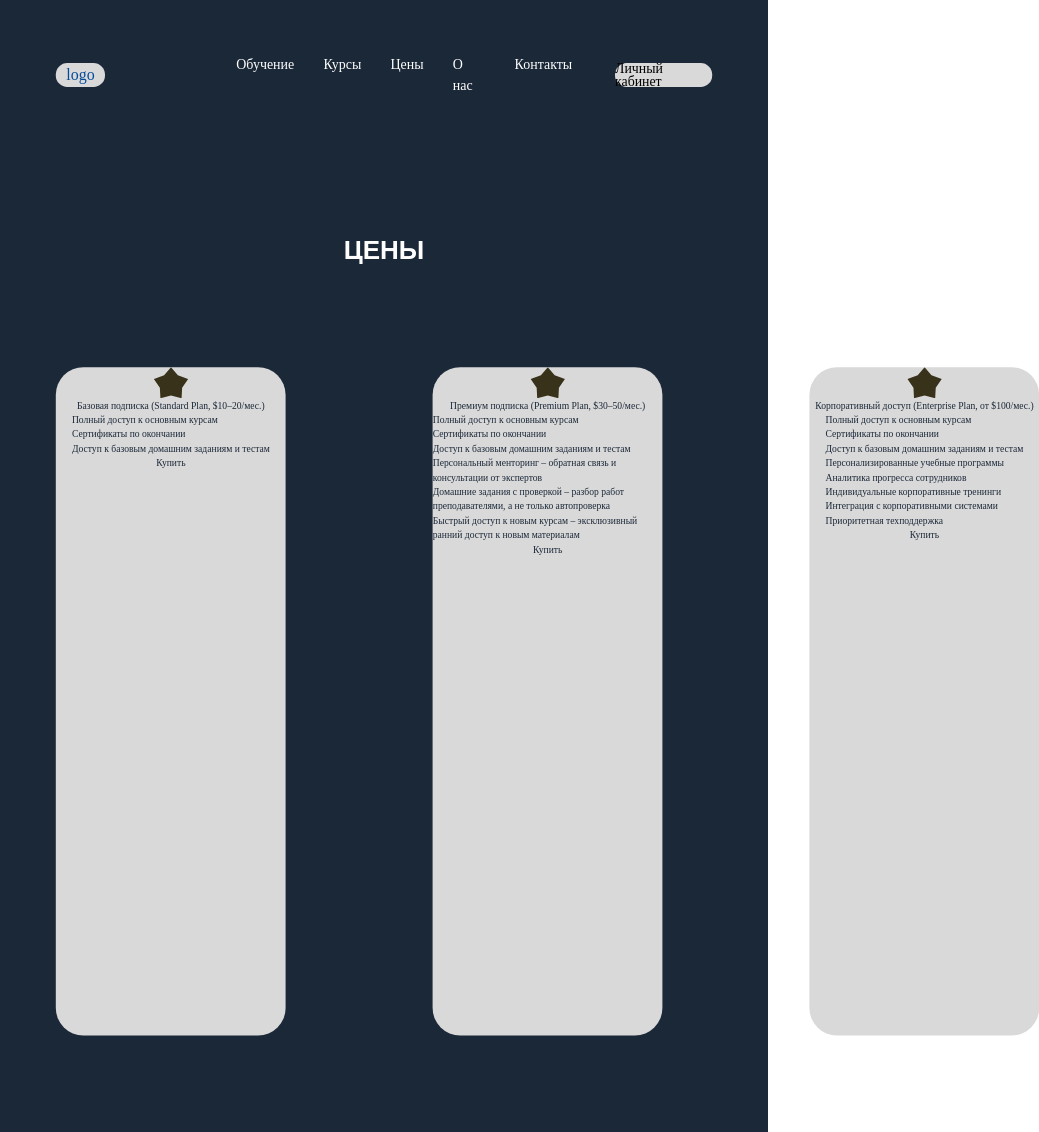
Repository: marjango/course
Page: /pricepage
An editor plug-in stored every save of this project. The page is shown before and after the next save, followed by the edit.
The browser window is 1280 px wide. The page is 1732 px wide, so the pictures cover 1732 px, including what lies to the right of the window. The pictures show the whole page, at 60% of full size.
The project was rebuilt for these pictures with package versions that can differ from the ones it lists, and the page was loaded fresh each time. The framework's server and built-in components were replaced by stand-ins that run in the browser. Also part of the build but not shown: next.config.ts.

Above is the page before, as saved 2025-03-26 20:59:46.

### app/layout.tsx
import type { Metadata } from "next";
import "./globals.css";
import './fonts.css';


export const metadata: Metadata = {
  title: "сourse",
  description: "it course",
};

export default function RootLayout({
  children,
}: Readonly<{
  children: React.ReactNode;
}>) {
  return (
    <html lang="en">
      <body

      >
        {children}
      </body>
    </html>
  );
}

### app/pricepage/page.tsx
import React from "react";
import Image from "next/image";
import s from "./price.module.css";
import Link from "next/link";
import star from "./Star.svg";

const pricepage = () => {
  return (
    <>
    <div className={s.pricepage}>
    <div className={s.headerContainer}>
          <Link href="/" className={s.logo}>
            logo
          </Link>

          <div className={s.nav}>
            <Link href="#">Обучение</Link>
            <Link href="/coursespage">Курсы</Link>
            <Link href="#">Цены</Link>
            <Link href="#">О нас</Link>
            <Link href="#">Контакты</Link>
          </div>

          <Link href="#" className={s.personal}>
            Личный кабинет
          </Link>
        </div>
      <h1>Цены</h1>
      <div className={s.columns}>
      <div className={s.column}>
        <Image src={star} width={58} height={55} alt="star" />
        <h3>Базовая подписка (Standard Plan, $10–20/мес.)</h3>
        <ul>
          <li>Полный доступ к основным курсам</li>
          <li>Сертификаты по окончании</li>
          <li>Доступ к базовым домашним заданиям и тестам</li>
        </ul>
        <button>Купить</button>
      </div>
      <div className={s.column}>
      <Image src={star} width={58} height={55} alt="star" />
        <h3>Премиум подписка (Premium Plan, $30–50/мес.)</h3>
        <ul>
          <li>Полный доступ к основным курсам</li>
          <li>Сертификаты по окончании</li>
          <li>Доступ к базовым домашним заданиям и тестам</li>
          <li>
            Персональный менторинг – обратная связь и консультации от экспертов
          </li>
          <li>
            Домашние задания с проверкой – разбор работ преподавателями, а не
            только автопроверка{" "}
          </li>
          <li>
            Быстрый доступ к новым курсам – эксклюзивный ранний доступ к новым
            материалам
          </li>
        </ul>
        <button>Купить</button>
      </div>
      <div className={s.column}>
      <Image src={star} width={58} height={55} alt="star" />
        <h3>Корпоративный доступ (Enterprise Plan, от $100/мес.)</h3>
        <ul>
          <li>Полный доступ к основным курсам</li>
          <li>Сертификаты по окончании</li>
          <li>Доступ к базовым домашним заданиям и тестам</li>
          <li>Персонализированные учебные программы</li>
          <li>Аналитика прогресса сотрудников</li>
          <li>Индивидуальные корпоративные тренинги</li>
          <li>Интеграция с корпоративными системами</li>
          <li>Приоритетная техподдержка</li>
        </ul>
        <button>Купить</button>
      </div>
      </div>
      </div>
    </>
  );
};

export default pricepage;

### app/globals.css
@import "tailwindcss";

* {
  font-family: 'Doloman Pavljenko';
}

h1 {
  font-family: 'Intro Friday', sans-serif;
  font-size: 3.39vw;
  line-height: 1.2;
  color: white;
  font-weight: bold;
  text-transform: uppercase;
}

### app/fonts.css
@font-face {
    font-family: 'Doloman Pavljenko';
    src: url("/public/fonts/DolomanPavljenko.otf") format('otf'),
    url("/public/fonts/DolomanPavljenko.otf") format('otf');
    font-weight: normal;
    font-style: normal;
  }

   @font-face {
     font-family: "Intro Friday";
     src: url("/public/fonts/Intro\ Friday\ Regular.ttf") format("ttf"),
     url("/public/fonts/Intro\ Friday\ Regular.ttf") format("ttf");
     font-weight: normal;
     font-style: normal;
   }

### app/pricepage/price.module.css
.pricepage {
    width: 100%;
    height: auto;
    padding: 7.03vw 7.29vw 12.60vw 7.29vw;
    background-color: #1b2838;
    display: flex;
    flex-direction: column;
    align-items: center;
    color: white;
}
.pricepage h1 {
    margin-top: 230px;
    margin-bottom: 170px;
}
.headerContainer {
    background: transparent;
    display: flex;
    justify-content: space-between;
    align-items: center;
    width: 100%;
  }

  .logo {
    padding: 0.52vw 1.35vw;
    background-color: #d9d9d9;
    border: none;
    border-radius: 1.51vw;
    color: #064b9b;
    font-size: 2.08vw;
    line-height: 2.08vw;
    font-weight: 300;
  }

  .nav {
    margin-left: 17.08vw;
    justify-self: center;
    font-size: 1.82vw;
    font-weight: 300;
    display: flex;
    gap: 3.8vw;
  }

  .personal {
    margin-left: 5.57vw;
    background-color: #d9d9d9;
    width: 12.66vw;
    height: 3.13vw;
    display: flex;
    justify-content: center;
    align-items: center;
    border: none;
    border-radius: 1.51vw;
    color: black;
    font-size: 1.8vw;
    line-height: 1.8vw;
    font-weight: 300;
  }

.columns {
    margin: 0 auto;
    display: flex;
    gap: 245px;
}
.column {
    background-color: #D9D9D9;
    border-radius: 46px;
    display: flex;
    flex-direction: column;
    align-items: center;
    width: 383px;
    height: 1114px;
    color: #1b2838;
}
.column h3 {
    font-size: ;
}

After the next save:
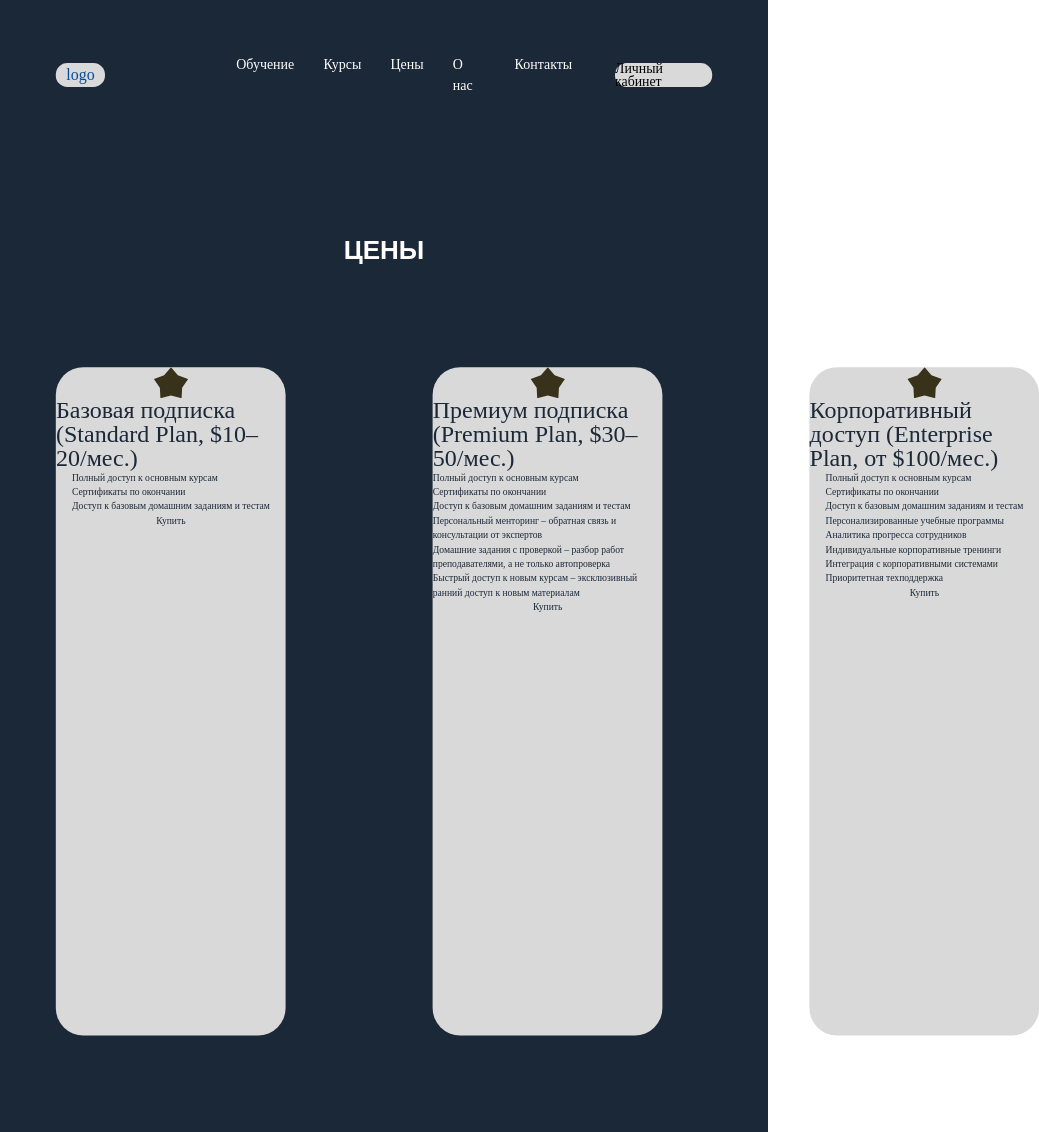
Saved 13 s later.
--- a/app/pricepage/price.module.css
+++ b/app/pricepage/price.module.css
@@ -72,5 +72,7 @@
     color: #1b2838;
 }
 .column h3 {
-    font-size: ;
+    font-size: 40px;
+    line-height: 40px;
+    font-weight: 300;
 }
